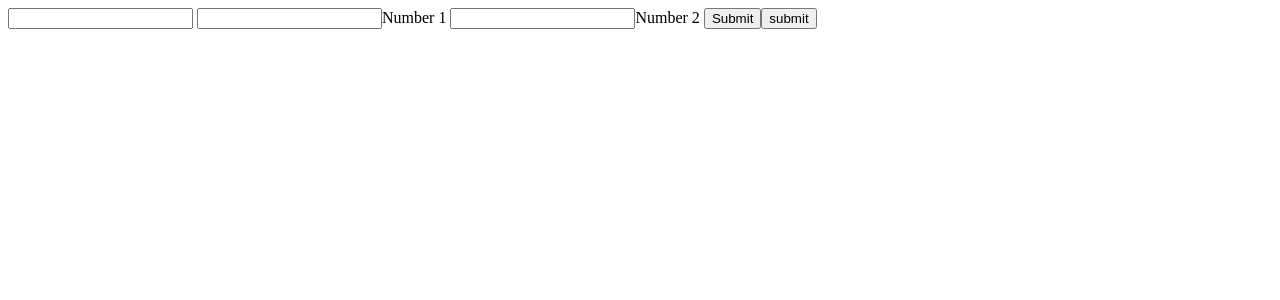
Repository: Nanda-Hari-Reddy/YouTube-Clone
Page: MDB-Free_4.20.0/SERVELETS/servelet-1/src/main/webapp/addition.html
An editor plug-in stored every save of this project. The page is shown before and after the next save, followed by the edit.
The browser window is 1280 px wide. The pictures show the whole page.

Above is the page before, as saved 2023-10-08 11:36:00.

### MDB-Free_4.20.0/SERVELETS/servelet-1/src/main/webapp/addition.html
<!DOCTYPE html>
<html>
<head>
<meta charset="ISO-8859-1">
<title>Addition</title>
</head>
<body>
	<input>
		<input type="text">Number 1</input>
		<input type="text">Number 2</input>
		<input type="submit"><button>submit</button></input>
	</form>
</body>
</html>

After the next save:
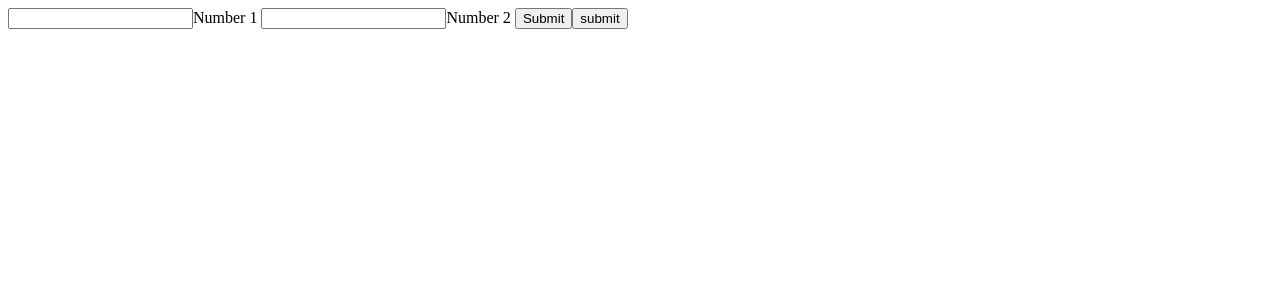
Saved 47 s later.
--- a/MDB-Free_4.20.0/SERVELETS/servelet-1/src/main/webapp/addition.html
+++ b/MDB-Free_4.20.0/SERVELETS/servelet-1/src/main/webapp/addition.html
@@ -5,7 +5,7 @@
 <title>Addition</title>
 </head>
 <body>
-	<input>
+	<form>
 		<input type="text">Number 1</input>
 		<input type="text">Number 2</input>
 		<input type="submit"><button>submit</button></input>
